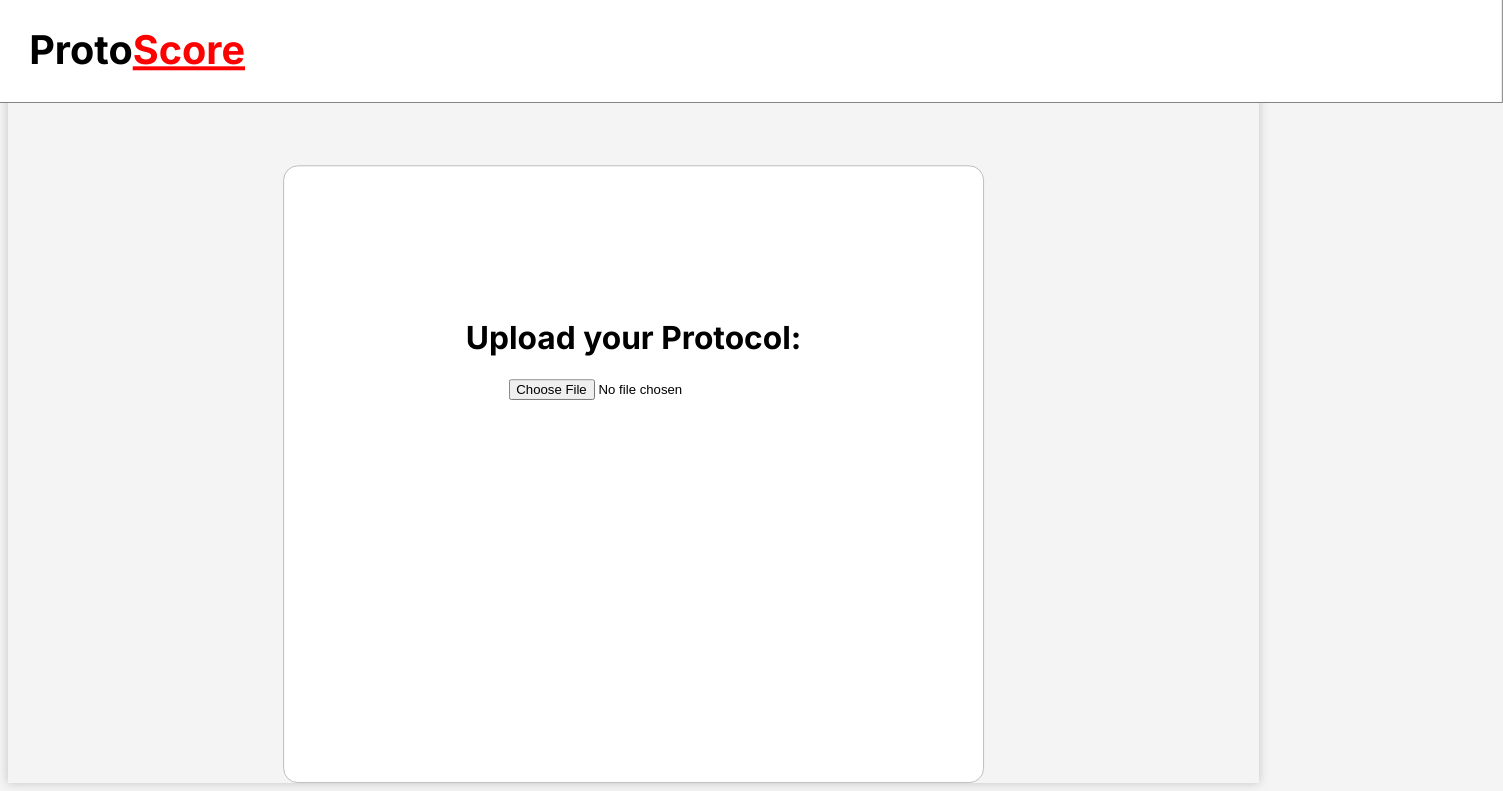
Repository: evanc108/Regeneron2024
Page: / (app in regeneron/)
The author's editor kept a copy of each file at every save. The page is drawn from the files as they stood at one save, then again after the next save.
The browser window is 1280 px wide. The page is 1518 px wide, then 1280 px, so the pictures cover 1518 px, including what lies to the right of the window. The pictures show the whole page, at 99% of full size.
The project was rebuilt for these pictures with package versions that can differ from the ones it lists, and the page was loaded fresh each time.

Above is the page before, as saved 2024-05-14 01:50:55.

### regeneron/src/App.js
import './App.css';
import React, { useState } from 'react';
import Feedback from './pages/Feedback';


function App() {
  return (
    <div className="App" style={{ boxShadow: "0px 0px 10px rgba(0, 0, 0, 0.2)" }}>
      <div style={{backgroundColor: "white", width: "120%", padding: "0.5px", marginTop:"-10px", marginLeft:"-10px", border:"1px solid gray"}}>
        <h1 style={{ marginLeft: "30px", fontSize: "40px", textAlign: "left"}}>
          <span style={{color: "black"}}>Proto</span>
          <span style={{color: "red", textDecoration: "underline"}}>Score</span>
        </h1>
      </div>


      {/* <input value={inputValue} onChange={handleChange}></input>
      <button onClick={sendRequest}>Click me</button>
      <div>
        <p>Physical Burden: {burden.physical}</p>
        <p>Logistical Burden: {burden.logistical}</p>
        <p>Financial: {burden.financial}</p>
        <p>Psychological Burden: {burden.psychological}</p>
      </div> */}
      <Feedback></Feedback>
    </div>
  );
}

export default App;

### regeneron/src/App.css
.App {
  text-align: center;
}

body {
  font-family: 'Inter', sans-serif;
}

.App-logo {
  height: 40vmin;
  pointer-events: none;
}

@media (prefers-reduced-motion: no-preference) {
  .App-logo {
    animation: App-logo-spin infinite 20s linear;
  }
}

.App-header {
  background-color: #282c34;
  min-height: 100vh;
  display: flex;
  flex-direction: column;
  align-items: center;
  justify-content: center;
  font-size: calc(10px + 2vmin);
  color: white;
}

.App-link {
  color: #61dafb;
}

@keyframes App-logo-spin {
  from {
    transform: rotate(0deg);
  }
  to {
    transform: rotate(360deg);
  }
}

### regeneron/src/pages/Feedback.js
import React, { useState } from 'react';
import '../styles/feedback.css';
import { handleExtraction } from '../openAIServices';
import { PropagateLoader } from 'react-spinners';

function Feedback() {
    const [fileUploaded, setFileUploaded] = useState(false);
    const [loading, setLoading] = useState(false);
    const [burden, setBurden] = useState({});
    const [pdfUrl, setPdfUrl] = useState("");

    const handleFileUpload = async (text) => {
        setLoading(true);
        // Uncomment and use when API is connected
        // const response = await handleExtraction(text);
        // setBurden(response);
        setFileUploaded(true);
        setLoading(false);
    };

    function extractText(event) {
        const file = event.target.files[0];
        if (file) {
            const url = URL.createObjectURL(file);
            setPdfUrl(url);
            setFileUploaded(true);

            const reader = new FileReader();
            reader.onload = async (e) => {
                const text = await reader.result;
                console.log(text);
                handleFileUpload(text);
            };
            reader.readAsText(file);
        }
    }

    return (
        <div className="feedback-container">
            <div className="protocol-container">
                {!fileUploaded && !loading && (
                    <div>
                        <h1>Upload your Protocol:</h1>
                        <input
                            type="file"
                            accept=".pdf"
                            onChange={extractText}
                        />
                    </div>
                )}
                {loading && (
                    <div style={{ marginTop: "30px" }}>
                        <h2>Calculating Burden...</h2>
                        <PropagateLoader color="#36d7b7" />
                    </div>
                )}
                {fileUploaded && !loading && (
                    <div className="iframe-container"> {/* Apply the new class here */}
                        <iframe src={pdfUrl} style={{ width: '100%', height: '100%' }}></iframe>
                    </div>
                )}
            </div>
            {fileUploaded && !loading && (
                <div className="score-container">
                    <div>
                        <p style={{ fontSize: '17px', fontWeight: '300', marginBottom: '-3px' }}>Burden Score</p>
                        <span style={{ fontSize: '50px', fontWeight: '600' }}>{burden.score || 'N/A'}</span>
                    </div>
                </div>
            )}
        </div>
    );
}

export default Feedback;

### regeneron/src/styles/feedback.css
body {
    background-color: #f4f4f4;
}

.feedback-container {
    display: flex;
    flex-direction: row;
    justify-content: center;
}

.protocol-container {
    border-color: rgb(189, 189, 189);
    border-width: 1px;
    border-style: solid;
    padding-left: 100px;
    padding-right: 100px;
    width: 40%;
    height: 68vh;
    margin-top: 5%;
    border-radius: 15px;
    background-color: white;
    overflow: hidden;
    padding-top: 10.5%;
}

.score-container {
    border-color: rgb(189, 189, 189);
    border-width: 1px;
    border-style: solid;
    padding: 100px;
    width: 10%;
    height: 65.3vh;
    margin-top: 5%;
    border-radius: 15px;
    background-color: white;
    margin-left: 30px;
}

.score {
    font-size: large;
}

.unique-score {
    font-size: 86px;
    font-weight: 500;
}


.iframe-container {
    top: -28%;
    width: 130%;
    left: -15%;
    height: 150%;  /* Adjust height as needed */
    overflow: hidden;
    position: relative;
}

Loaded but not shown: regeneron/public/index.html (common file); regeneron/src/index.js (common file); regeneron/src/openAIServices.js (no copy from this time; the picture is the same without it)

After the next save:
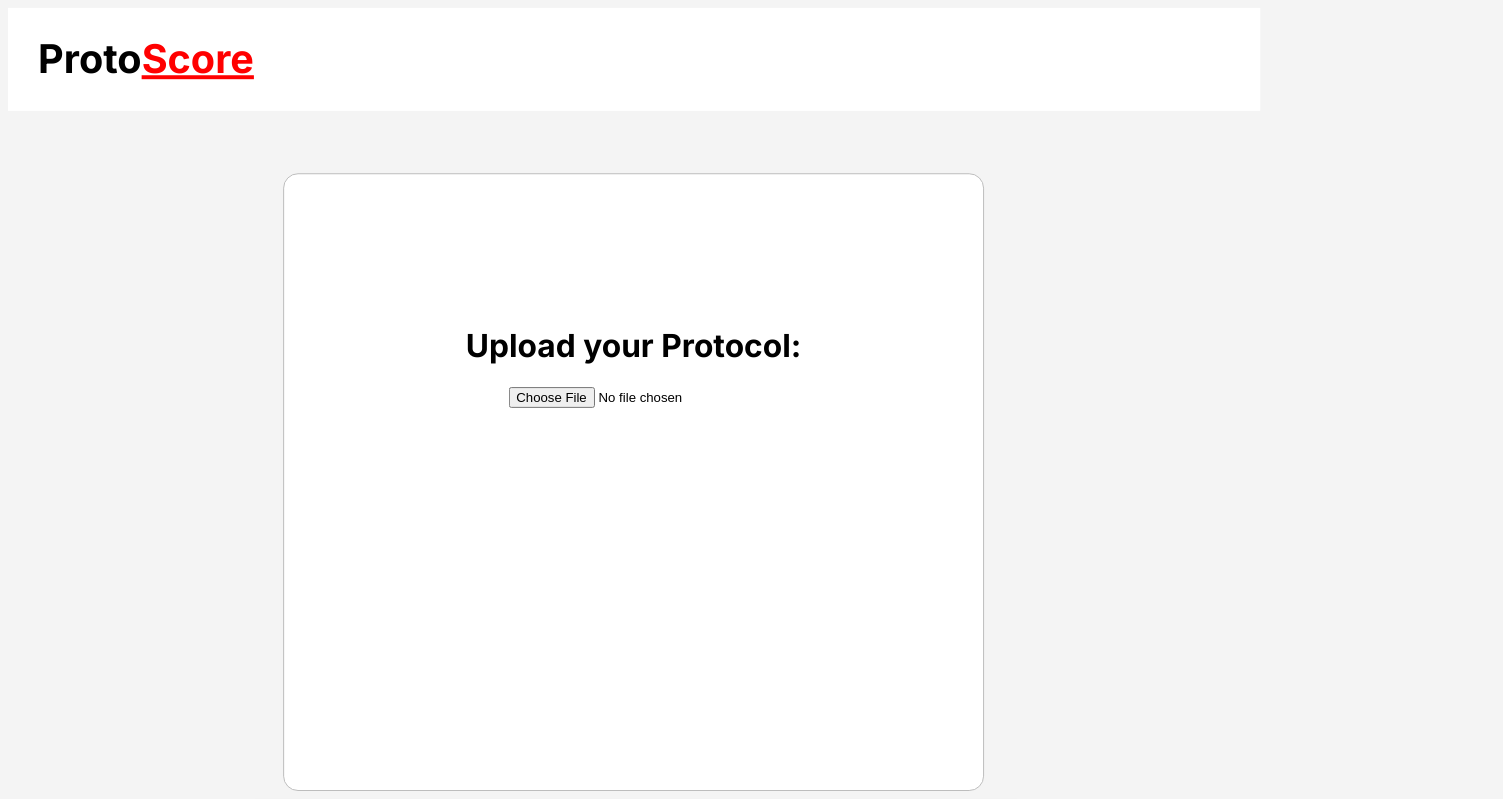
Saved 70 s later.
--- a/regeneron/src/App.js
+++ b/regeneron/src/App.js
@@ -5,8 +5,8 @@ import Feedback from './pages/Feedback';
 
 function App() {
   return (
-    <div className="App" style={{ boxShadow: "0px 0px 10px rgba(0, 0, 0, 0.2)" }}>
-      <div style={{backgroundColor: "white", width: "120%", padding: "0.5px", marginTop:"-10px", marginLeft:"-10px", border:"1px solid gray"}}>
+    <div className="App">
+      <div style={{backgroundColor: "white", width: "100%", padding: "0.5px"}}>
         <h1 style={{ marginLeft: "30px", fontSize: "40px", textAlign: "left"}}>
           <span style={{color: "black"}}>Proto</span>
           <span style={{color: "red", textDecoration: "underline"}}>Score</span>
